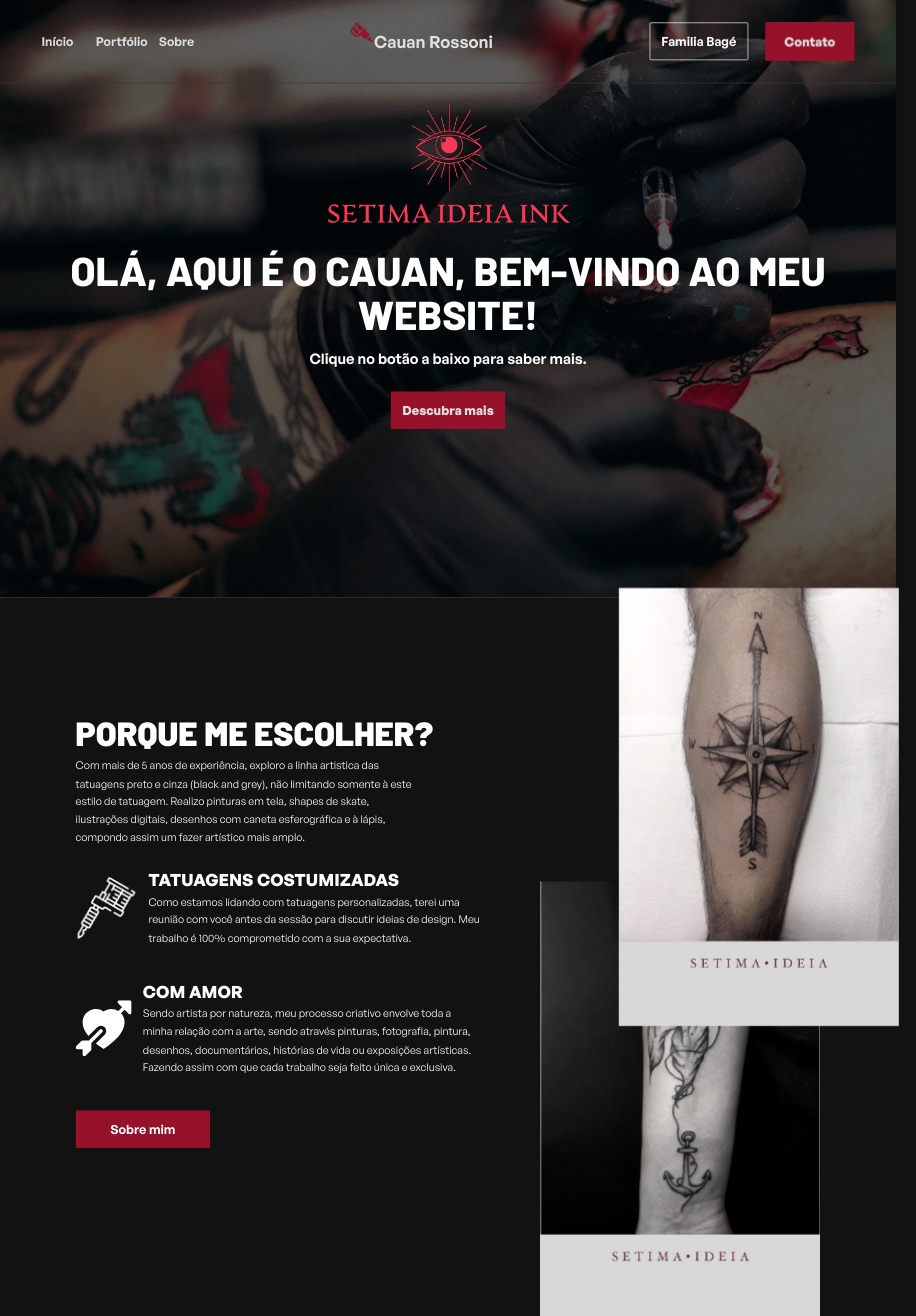
Repository: Leoka2000/S-tima-Ideia
Page: /
The author's editor kept a copy of each file at every save. The page is drawn from the files as they stood at one save, then again after the next save.
The browser window is 1280 px wide. The page is 1284 px wide, then 1308 px, then 1284 px, so the pictures cover 1308 px, including what lies to the right of the window. The pictures show the part of the page from y = 0 to 1880 px (the page is 7066 px tall), at 70% of full size.
Backgrounds fixed to the window are drawn as part of the page. The project was rebuilt for these pictures with package versions that can differ from the ones it lists, and the page was loaded fresh each time. Some packages were replaced by stand-ins written for this rebuild. Also part of the build but not shown: src/pages/main/instagram/instagram.css, src/pages/main/instagram/instagram.jsx, src/App.css, src/pages/portfolio/portfolio.css, src/data/database-common.js, src/pages/portfolio/loop-content.jsx, src/pages/portfolio/portfolio.jsx, src/pages/portfolio/index.jsx and 2 more. Imported but missing from the stored project, and not drawn on this page: src/assets/videos/cauan-video.mp4.

Above is the page before, as saved 2023-05-22 20:52:48.

After the next save:
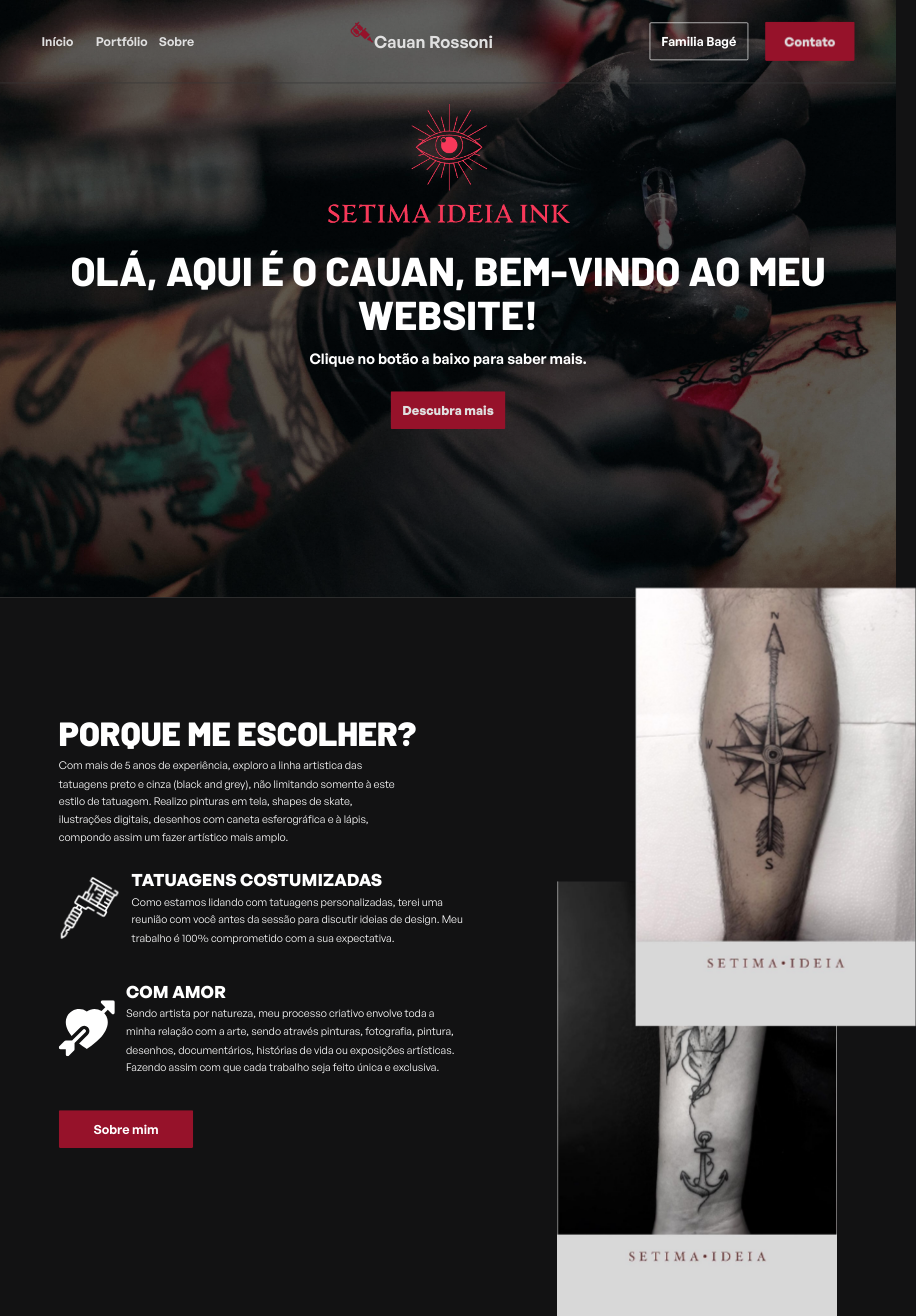
Saved 71 s later.
--- a/src/pages/main/about/about.css
+++ b/src/pages/main/about/about.css
@@ -2,7 +2,7 @@
     padding: 10rem 0 15rem 0rem;
     display: flex;
     justify-content: center;
-    gap:5rem;
+    gap:8rem;
 }
 .about-left {
     display: flex;

After the save that followed:
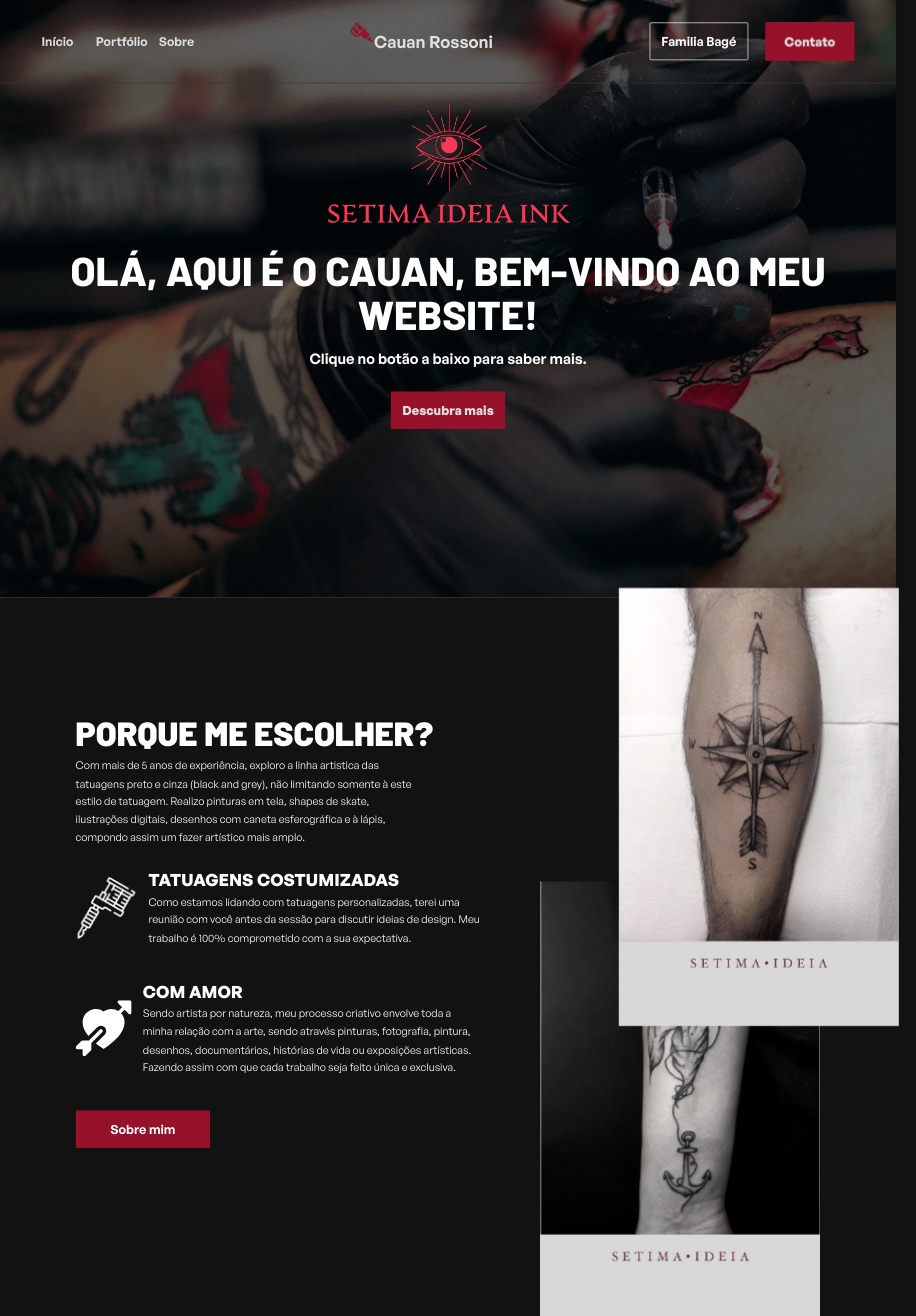
Saved 4 s later.
--- a/src/pages/main/about/about.css
+++ b/src/pages/main/about/about.css
@@ -2,7 +2,7 @@
     padding: 10rem 0 15rem 0rem;
     display: flex;
     justify-content: center;
-    gap:8rem;
+    gap:5rem;
 }
 .about-left {
     display: flex;
